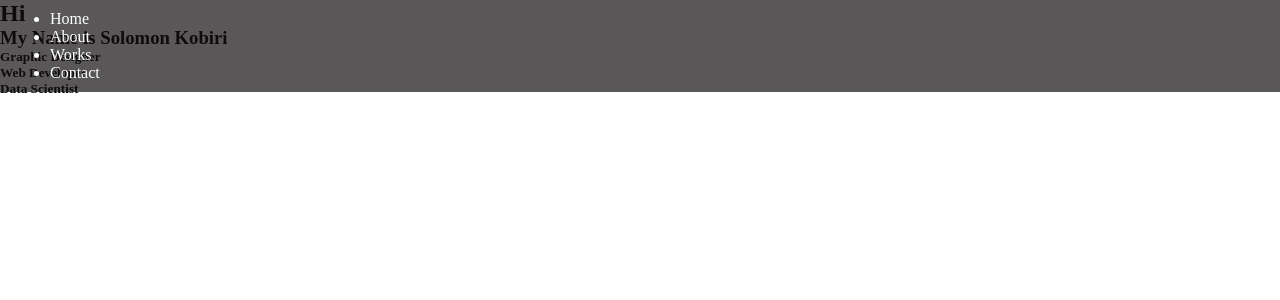
Repository: Kwabena-Kobiri/yellocoders
Page: index.html
An editor plug-in stored every save of this project. The page is shown before and after the next save, followed by the edit.
The browser window is 1280 px wide. The pictures show the whole page.

Above is the page before, as saved 2021-05-05 18:44:55.

### index.html
<!DOCTYPE html>
<html lang="en">
<head>
    <meta charset="UTF-8">
    <meta http-equiv="X-UA-Compatible" content="IE=edge">
    <meta name="viewport" content="width=device-width, initial-scale=1.0">
    <link rel="stylesheet" href="index.css" />
    <title>Y'ello</title>
</head>
<body>
    <!-- HEADER COMPONENT STARTS HERE -->
    <header id="header">
        <nav id="nav">
            <ul>
                <li>Home</li>
                <li>About</li>
                <li>Works</li>
                <li>Contact</li>
            </ul>
        </nav>
    </header>
    <!-- HEADER COMPONENT ENDS HERE -->


    <!-- LANDING PAGE STARTS HERE  -->
    <section id="LandingPage">
        <div class="Details">
            <h1>Hi</h1>
            <h3>My Name is Solomon Kobiri</h3>
        </div>
        <div class="Skills">
            <h5>Graphic Designer</h5>
            <h5>Web Developer</h5>
            <h5>Data Scientist</h5>
        </div>
    </section>
    <!-- LANDING PAGE ENDS HERE -->
</body>
</html>

### index.css
* {
    /* background-color: red; */
    margin: 0px;
}

/* HEADER STYLING STARTS HERE */
#header {
    background-color: rgba(19, 17, 17, 0.7);
    justify-content: center;
    padding: 10px;
    width: 100%;
    position: fixed;
    z-index: 999;
    color: white;
}

#nav {

}

/* HEADER STYLING ENDS HERE */

After the next save:
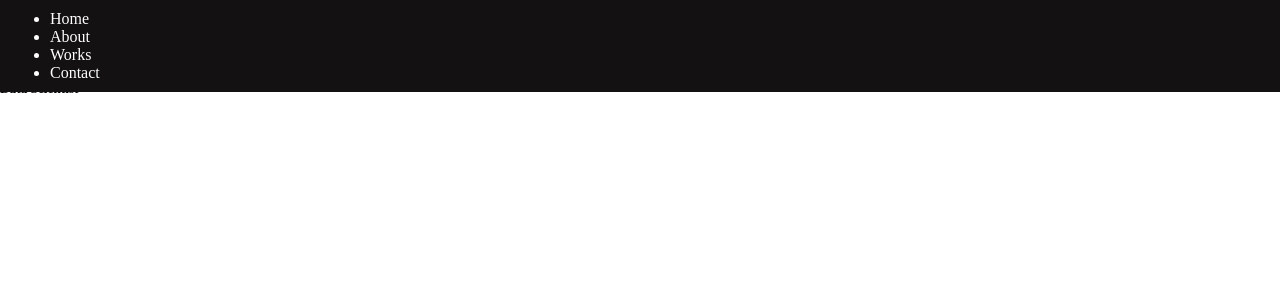
Saved 33 s later.
--- a/index.css
+++ b/index.css
@@ -5,7 +5,7 @@
 
 /* HEADER STYLING STARTS HERE */
 #header {
-    background-color: rgba(19, 17, 17, 0.7);
+    background-color: rgba(19, 17, 17, 1);
     justify-content: center;
     padding: 10px;
     width: 100%;
